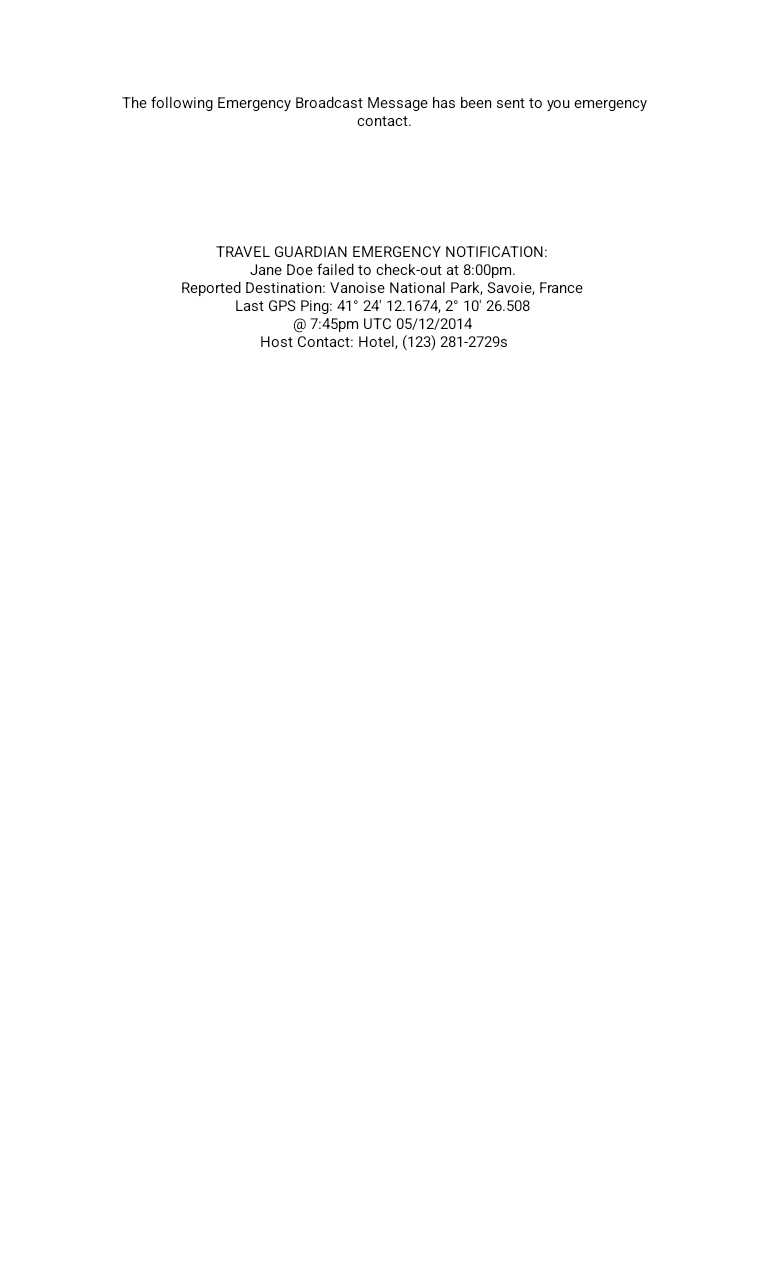
Repository: leo195162839/Test-Repo
Layout: TravelGuardian/res/layout/fragment_broadcast.xml
An editor plug-in stored every save of this project. The layout is shown before and after the next save, followed by the edit.
It is drawn on a 768 x 1280 px phone screen (xhdpi) without system bars, with theme Theme.Base.AppCompat; the app's code is not run.

Above is the layout before, as saved 2014-06-15 17:23:04.

### TravelGuardian/res/layout/fragment_broadcast.xml
<RelativeLayout xmlns:android="http://schemas.android.com/apk/res/android"
    xmlns:tools="http://schemas.android.com/tools"
    android:layout_width="match_parent"
    android:layout_height="match_parent"
    android:paddingBottom="@dimen/activity_vertical_margin"
    android:paddingLeft="@dimen/activity_horizontal_margin"
    android:paddingRight="@dimen/activity_horizontal_margin"
    android:paddingTop="@dimen/activity_vertical_margin"
    tools:context="com.cse4471.travelguardian.Broadcast$PlaceholderFragment" >

        <TextView
        android:id="@+id/SentNotification"
        android:layout_width="fill_parent"
        android:layout_height="wrap_content"
        android:gravity="center_horizontal"
        android:padding="30sp"
        android:text="@string/Sent_Notification" />

        <TextView
            android:id="@+id/BroadcastMessage"
            android:layout_width="fill_parent"
            android:layout_height="wrap_content"
            android:layout_alignLeft="@+id/SentNotification"
            android:layout_below="@+id/SentNotification"
            android:gravity="center_horizontal"
            android:paddingTop="25sp"
            android:text="@string/Broadcast_Message" />

</RelativeLayout>

### TravelGuardian/res/values/strings.xml
<?xml version="1.0" encoding="utf-8"?>
<resources>

    <string name="app_name">Travel Guardian</string>
    <string name="hello_world">Hello world!</string>
    <string name="action_settings">Settings</string>
    <string name="button_login">Login</string>
    <string name="title_activity_start">Travel Guardian</string>
    <string name="logged_in_as">Logged in as</string>
    <string name="username">name@domain.com</string>
    <string name="button_sign_out">Sign Out</string>
    <string name="button_start">Start a Trip</string>
    <string name="title_activity_data_entry">Travel Guardian: Start a Trip</string>
    <string name="textView_emergency_contacts">Who would you like to contact in the event of an emergency?</string>
    <string name="edit_contacts">Enter an email address</string>
    <string name="textView_destination">Where will you be traveling to?</string>
    <string name="edit_destination">Enter location name or coordinates</string>
    <string name="textView_host">What is your host contact?</string>
    <string name="edit_host">Enter hotel/host contact info</string>
    <string name="textView_pingFrequency">GPS Ping Frequency: 0 hour(s)</string>
    <string name="button_setDate">Set Return Date</string>
    <string name="button_setTime">Set Return Time</string>
    <string name="button_startTrip">Start Trip</string>
    <string name="count_time_left1">You have</string>
    <string name="count_time_left2">to check-out</string>
    <string name="button_checkout">Check-out</string>
    <string name="title_activity_count__time__left">Count_Time_Left</string>
    <string name="title_activity_checked_out">CheckedOut</string>
    <string name="title_activity_broadcast">Broadcast</string>
    <string name="Sent_Notification">The following Emergency Broadcast Message has been sent to you emergency contact.</string>
    <string name="Broadcast_Message">TRAVEL GUARDIAN EMERGENCY NOTIFICATION:
                                     \nJane Doe failed to check-out at 8:00pm.
                                     \nReported Destination: Vanoise National Park, Savoie, France
                                     \nLast GPS Ping: 41° 24' 12.1674", 2° 10' 26.508"
                                     \n@ 7:45pm UTC 05/12/2014
                                     \nHost Contact: Hotel, (123) 281-2729s</string>

</resources>

Loaded but not shown: TravelGuardian/res/values/dimens.xml (common file); TravelGuardian/res/values-w820dp/dimens.xml (common file)

After the next save:
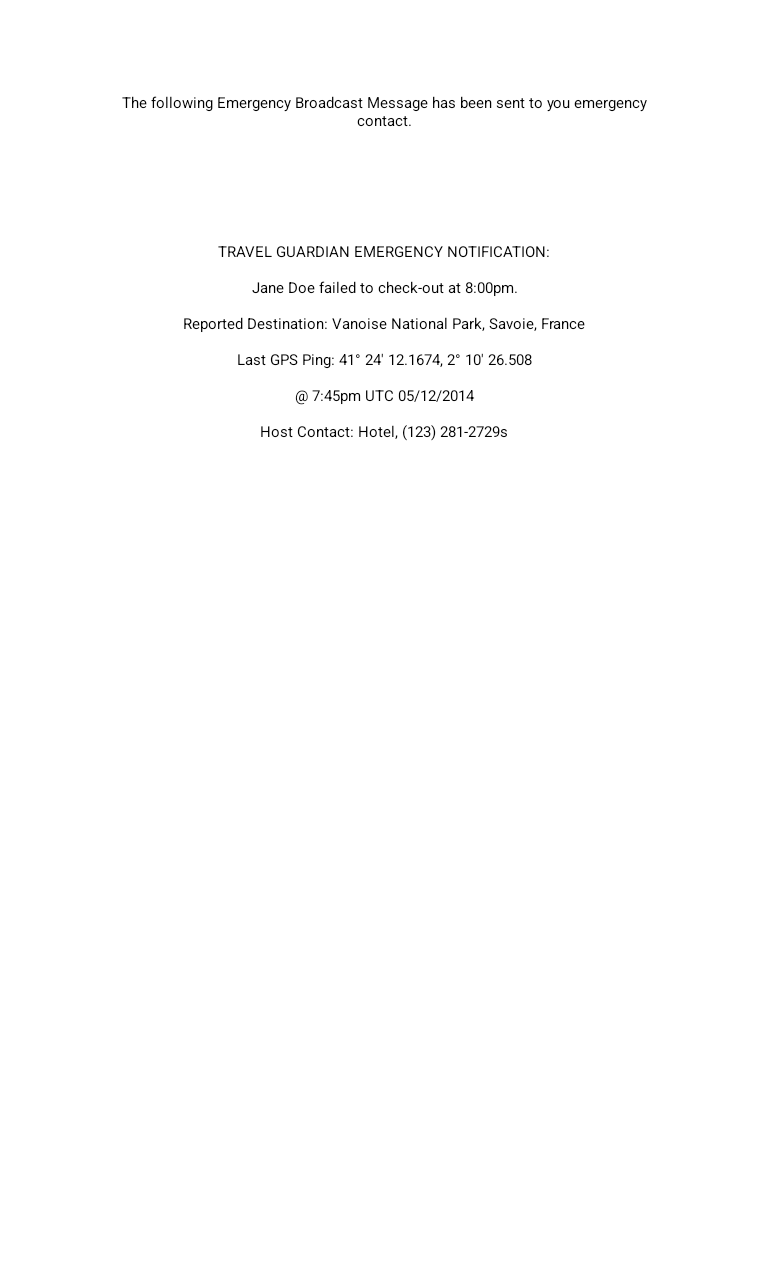
Saved 94 s later.
--- a/TravelGuardian/res/values/strings.xml
+++ b/TravelGuardian/res/values/strings.xml
@@ -28,11 +28,11 @@
     <string name="title_activity_checked_out">CheckedOut</string>
     <string name="title_activity_broadcast">Broadcast</string>
     <string name="Sent_Notification">The following Emergency Broadcast Message has been sent to you emergency contact.</string>
-    <string name="Broadcast_Message">TRAVEL GUARDIAN EMERGENCY NOTIFICATION:
+    <string name="Broadcast_Message">"TRAVEL GUARDIAN EMERGENCY NOTIFICATION:
                                      \nJane Doe failed to check-out at 8:00pm.
                                      \nReported Destination: Vanoise National Park, Savoie, France
                                      \nLast GPS Ping: 41° 24' 12.1674", 2° 10' 26.508"
                                      \n@ 7:45pm UTC 05/12/2014
-                                     \nHost Contact: Hotel, (123) 281-2729s</string>
+                                     \nHost Contact: Hotel, (123) 281-2729s"</string>
 
 </resources>

After the save that followed:
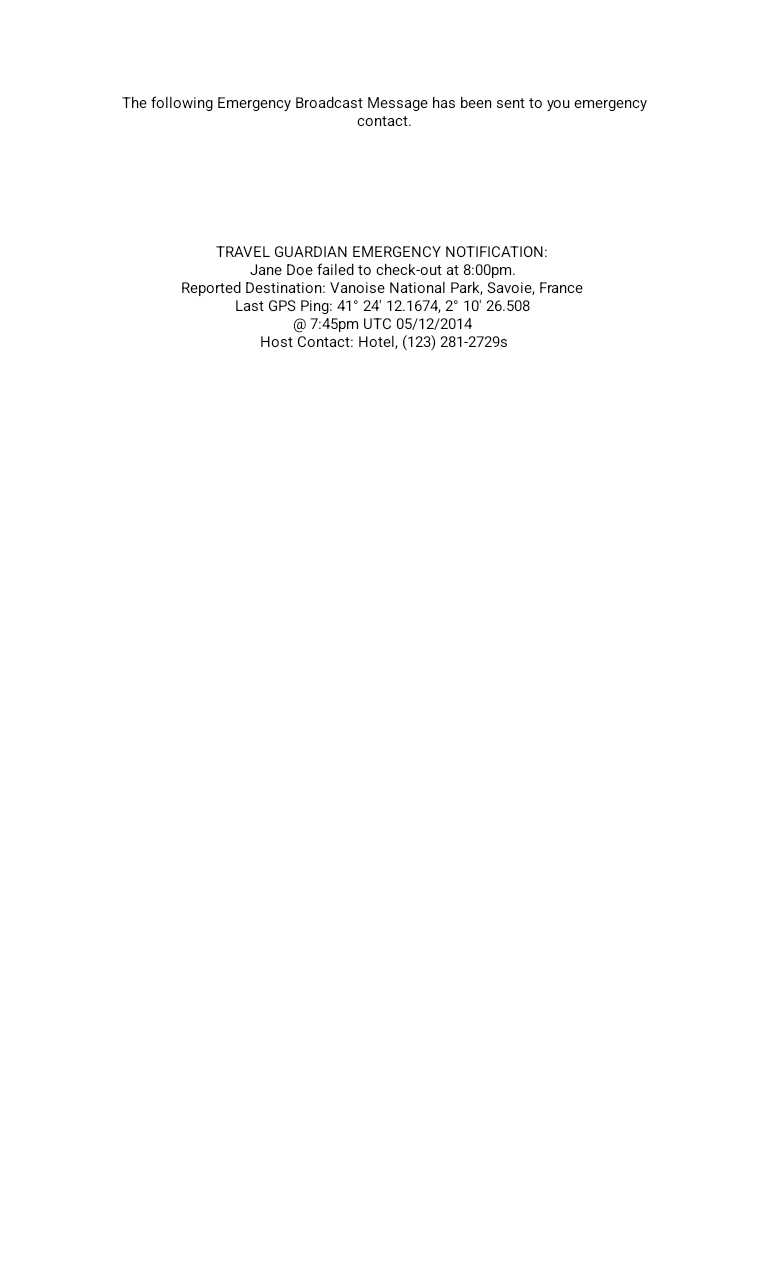
Saved 19 s later.
--- a/TravelGuardian/res/values/strings.xml
+++ b/TravelGuardian/res/values/strings.xml
@@ -28,11 +28,11 @@
     <string name="title_activity_checked_out">CheckedOut</string>
     <string name="title_activity_broadcast">Broadcast</string>
     <string name="Sent_Notification">The following Emergency Broadcast Message has been sent to you emergency contact.</string>
-    <string name="Broadcast_Message">"TRAVEL GUARDIAN EMERGENCY NOTIFICATION:
+    <string name="Broadcast_Message">TRAVEL GUARDIAN EMERGENCY NOTIFICATION:
                                      \nJane Doe failed to check-out at 8:00pm.
                                      \nReported Destination: Vanoise National Park, Savoie, France
                                      \nLast GPS Ping: 41° 24' 12.1674", 2° 10' 26.508"
                                      \n@ 7:45pm UTC 05/12/2014
-                                     \nHost Contact: Hotel, (123) 281-2729s"</string>
+                                     \nHost Contact: Hotel, (123) 281-2729s</string>
 
 </resources>
